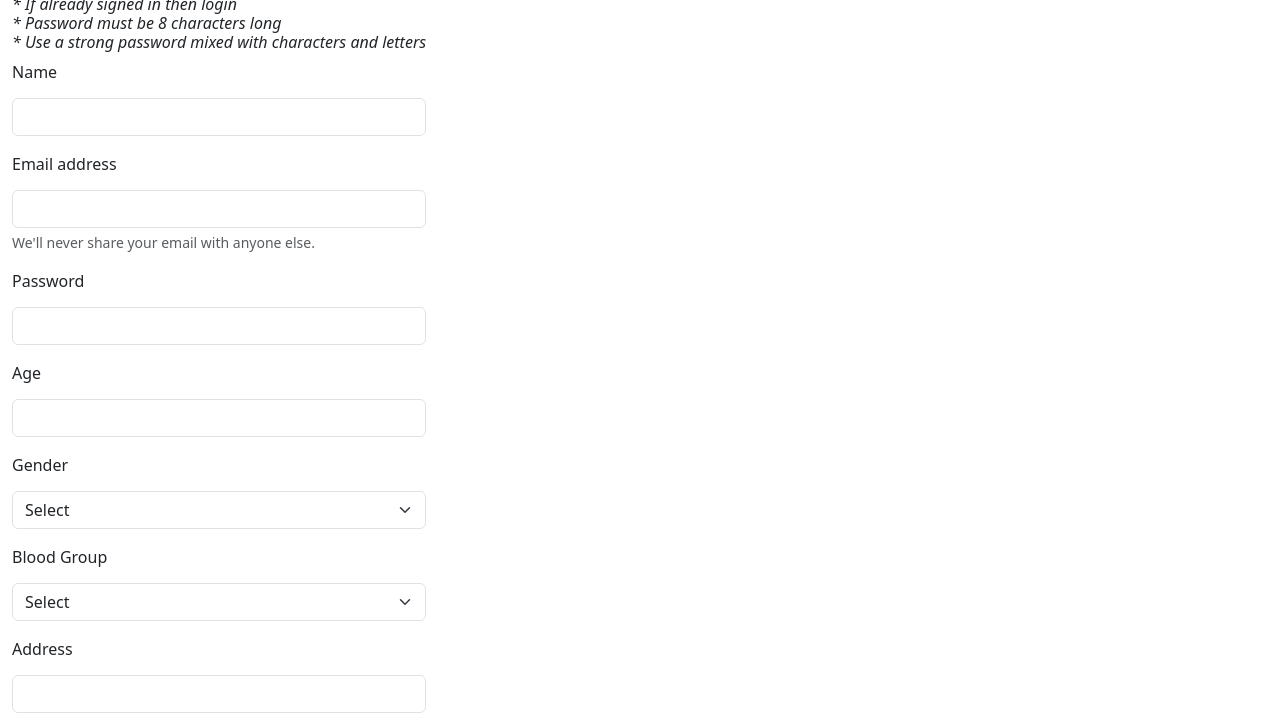
Repository: rahul-chakradhari/PillWise
Page: /signup (app in frontend/)
These files come from the project's save history. The page is drawn as it stood at one moment and after the next save; the edit follows.
The browser window is 1280 px wide. The pictures show the whole page.
An inner scrolling area shows only its first screen. The project was rebuilt for these pictures with package versions that can differ from the ones it lists, and the page was loaded fresh each time. Also part of the build but not shown: frontend/vite.config.js, frontend/src/components/Home.jsx, frontend/src/components/History.jsx, frontend/src/components/Remainder.jsx, frontend/src/components/Doctors.jsx, frontend/src/components/Healthy.jsx, frontend/src/components/Prescription.jsx, frontend/src/components/Login.jsx.

Above is the page before, as saved 2025-03-10 15:28:09.

### frontend/index.html
<!DOCTYPE html>
<html lang="en">
  <head>
    <meta charset="UTF-8" />
    <link rel="icon" type="image/svg+xml" href="/icon.webp" />
    <meta name="viewport" content="width=device-width, initial-scale=1.0" />
    <link
      href="https://cdn.jsdelivr.net/npm/bootstrap@5.3.3/dist/css/bootstrap.min.css"
      rel="stylesheet"
      integrity="sha384-QWTKZyjpPEjISv5WaRU9OFeRpok6YctnYmDr5pNlyT2bRjXh0JMhjY6hW+ALEwIH"
      crossorigin="anonymous"
    />
    <link
      rel="stylesheet"
      href="https://cdnjs.cloudflare.com/ajax/libs/font-awesome/6.5.1/css/all.min.css"
    />

    <title>MediTrack-Smart-Medicine-Reminder-Tracker</title>
  </head>
  <body>
    <div id="root"></div>
    <script type="module" src="/src/main.jsx"></script>
    <script
      src="https://cdn.jsdelivr.net/npm/bootstrap@5.3.3/dist/js/bootstrap.bundle.min.js"
      integrity="sha384-YvpcrYf0tY3lHB60NNkmXc5s9fDVZLESaAA55NDzOxhy9GkcIdslK1eN7N6jIeHz"
      crossorigin="anonymous"
    ></script>
  </body>
</html>

### frontend/src/App.jsx
import React from "react";
import { Routes, Route, Navigate } from "react-router-dom";
import Navbar from "./components/Navbar";
import Home from "./components/Home";
import History from "./components/History";
import Remainder from "./components/Remainder";
import Doctors from "./components/Doctors";
import Healthy from "./components/Healthy";
import Prescription from "./components/Prescription";
import Login from "./components/Login";
import Signup from "./components/Signup";
import { ToastContainer } from "react-toastify";

const PrivateRoute = ({ children }) => {
  return localStorage.getItem("auth-token") ? (
    children
  ) : (
    <Navigate to="/login" />
  );
};

function App() {
  return (
    <div className="app">
      <Navbar />
      <Routes>
        <Route path="/" element={<Home />} />
        <Route path="/login" element={<Login />} />
        <Route path="/signup" element={<Signup />} />

        {/* Protected Routes */}
        <Route
          path="/history"
          element={
            <PrivateRoute>
              <History />
            </PrivateRoute>
          }
        />
        <Route
          path="/remainder"
          element={
            <PrivateRoute>
              <Remainder />
            </PrivateRoute>
          }
        />
        <Route
          path="/doctors"
          element={
            <PrivateRoute>
              <Doctors />
            </PrivateRoute>
          }
        />
        <Route
          path="/healthy"
          element={
            <PrivateRoute>
              <Healthy />
            </PrivateRoute>
          }
        />
        <Route
          path="/prescription"
          element={
            <PrivateRoute>
              <Prescription />
            </PrivateRoute>
          }
        />
      </Routes>
      <ToastContainer />
    </div>
  );
}

export default App;

### frontend/src/components/Navbar.jsx
import React, { useEffect, useState } from "react";
import { Link, useNavigate } from "react-router-dom";

const Navbar = () => {
  const navigate = useNavigate();
  const [isLoggedIn, setIsLoggedIn] = useState(
    !!localStorage.getItem("auth-token")
  );

  // Jab bhi auth-token change ho, UI update ho
  useEffect(() => {
    const handleStorageChange = () => {
      setIsLoggedIn(!!localStorage.getItem("auth-token"));
    };

    window.addEventListener("storage", handleStorageChange);
    return () => window.removeEventListener("storage", handleStorageChange);
  }, []);

  // Logout Function
  const handleLogout = () => {
    localStorage.removeItem("auth-token");
    setIsLoggedIn(false);
    navigate("/login");
  };

  return (
    <nav className="navbar navbar-expand-lg navbar-dark bg-dark">
      <div className="container-fluid">
        <Link className="navbar-brand" to="/">
          MediTrack <i className="fa-solid fa-house-medical"></i>
        </Link>
        <button
          className="navbar-toggler"
          type="button"
          data-bs-toggle="collapse"
          data-bs-target="#navbarSupportedContent"
        >
          <span className="navbar-toggler-icon"></span>
        </button>
        <div className="collapse navbar-collapse" id="navbarSupportedContent">
          <ul className="navbar-nav me-auto mb-2 mb-lg-0">
            <li className="nav-item">
              <Link className="nav-link" to="/">
                Home
              </Link>
            </li>

            {/* Protected Routes */}
            {isLoggedIn && (
              <>
                <li className="nav-item">
                  <Link className="nav-link" to="/doctors">
                    Doctors
                  </Link>
                </li>
                <li className="nav-item">
                  <Link className="nav-link" to="/remainder">
                    Remainder
                  </Link>
                </li>
                <li className="nav-item">
                  <Link className="nav-link" to="/history">
                    History & Analytics
                  </Link>
                </li>
                <li className="nav-item">
                  <Link className="nav-link" to="/healthy">
                    Healthy Lifestyle
                  </Link>
                </li>
                <li className="nav-item">
                  <Link className="nav-link" to="/prescription">
                    Prescription
                  </Link>
                </li>
              </>
            )}
          </ul>

          {/* Login / Logout Buttons */}
          {!isLoggedIn ? (
            <>
              <Link className="btn btn-primary mx-2" to="/login">
                Login
              </Link>
              <Link className="btn btn-primary mx-2" to="/signup">
                Signup
              </Link>
            </>
          ) : (
            <button className="btn btn-danger mx-2" onClick={handleLogout}>
              Logout
            </button>
          )}
        </div>
      </div>
    </nav>
  );
};

export default Navbar;

### frontend/src/components/Signup.jsx
import React, { useState } from "react";
import { useNavigate } from "react-router-dom";
import axiosInstant from "../utils/axiosInstant";
import { toast } from "react-toastify";

const Signup = () => {
  const navigate = useNavigate();
  const [formData, setFormData] = useState({
    name: "",
    email: "",
    password: "",
    age: "",
    gender: "",
    bloodGroup: "",
    address: "",
    phoneNumber: "",
  });

  const [loading, setLoading] = useState(false);

  // Handle input change
  const handleChange = (e) => {
    setFormData({ ...formData, [e.target.name]: e.target.value });
  };

  // Handle form submission
  const handleSubmit = async (e) => {
    e.preventDefault();
    console.log("Submitting form with data:", formData); // Debugging log

    try {
      setLoading(true);
      const res = await axiosInstant.post("/api/user/register", formData);
      console.log("Server Response:", res.data); // Debugging log

      if (res.data.success) {
        toast.success(res.data.message);

        // Reset form fields
        setFormData({
          name: "",
          email: "",
          password: "",
          age: "",
          gender: "",
          bloodGroup: "",
          address: "",
          phoneNumber: "",
        });

        // Navigate to login page after success
        setTimeout(() => {
          console.log("Navigating to login..."); // Debugging log
          navigate("/login");
        }, 2000);
      } else {
        toast.error(res.data.message || "Signup failed!");
      }
    } catch (error) {
      console.error("Signup Error:", error.response?.data || error);
      toast.error(error.response?.data?.message || "Something went wrong!");
    } finally {
      setLoading(false);
    }
  };

  return (
    <div className="signup">
      <form onSubmit={handleSubmit}>
        <h2>Signup</h2>
        <h6>
          <i>* Only for new Users</i> <br />
          <i>* If already signed in then login</i> <br />
          <i>* Password must be 8 characters long</i> <br />
          <i>* Use a strong password mixed with characters and letters</i>
        </h6>

        <div className="mb-3">
          <label className="form-label">Name</label>
          <input
            type="text"
            className="form-control"
            name="name"
            value={formData.name}
            onChange={handleChange}
            required
          />
        </div>

        <div className="mb-3">
          <label className="form-label">Email address</label>
          <input
            type="email"
            className="form-control"
            name="email"
            value={formData.email}
            onChange={handleChange}
            required
          />
          <div className="form-text">
            We'll never share your email with anyone else.
          </div>
        </div>

        <div className="mb-3">
          <label className="form-label">Password</label>
          <input
            type="password"
            className="form-control"
            name="password"
            value={formData.password}
            onChange={handleChange}
            required
            minLength="8"
          />
        </div>

        <div className="mb-3">
          <label className="form-label">Age</label>
          <input
            type="number"
            className="form-control"
            name="age"
            value={formData.age}
            onChange={handleChange}
            required
          />
        </div>

        <div className="mb-3">
          <label className="form-label">Gender</label>
          <select
            className="form-select"
            name="gender"
            value={formData.gender}
            onChange={handleChange}
            required
          >
            <option value="">Select</option>
            <option value="Male">Male</option>
            <option value="Female">Female</option>
            <option value="Transgender">Transgender</option>
          </select>
        </div>

        <div className="mb-3">
          <label className="form-label">Blood Group</label>
          <select
            className="form-select"
            name="bloodGroup"
            value={formData.bloodGroup}
            onChange={handleChange}
            required
          >
            <option value="">Select</option>
            <option value="A+">A+</option>
            <option value="A-">A-</option>
            <option value="B+">B+</option>
            <option value="B-">B-</option>
            <option value="O+">O+</option>
            <option value="O-">O-</option>
            <option value="AB+">AB+</option>
            <option value="AB-">AB-</option>
          </select>
        </div>

        <div className="mb-3">
          <label className="form-label">Address</label>
          <input
            type="text"
            className="form-control"
            name="address"
            value={formData.address}
            onChange={handleChange}
            required
          />
        </div>

        <div className="mb-3">
          <label className="form-label">Phone number</label>
          <input
            type="text"
            className="form-control"
            name="phoneNumber"
            value={formData.phoneNumber}
            onChange={handleChange}
            placeholder="Must be a 10-digit number"
            required
            pattern="\d{10}"
          />
        </div>

        <button type="submit" className="btn btn-primary" disabled={loading}>
          {loading ? "Please wait..." : "Submit"}
        </button>
      </form>
    </div>
  );
};

export default Signup;

### frontend/src/components/styles.css
* {
  margin: 0;
  padding: 0;
  box-sizing: border-box;
  overflow-x: hidden; /* Horizontal scroll remove */
}

/* Jo bhi element overflow karega, uski scrollbar hide ho jayegi */
::-webkit-scrollbar {
  display: none; /* Chrome, Safari */
}
body,
html {
  width: 100%;
  height: 100%;
}
body {
  overflow-y: scroll; /* Scroll allow karega */
  scrollbar-width: none; /* Firefox ke liye */
  -ms-overflow-style: none; /* IE aur Edge ke liye */
}

body::-webkit-scrollbar {
  display: none; /* Chrome, Safari ke liye */
}

.container {
  display: flex;
  align-items: center;
  justify-content: space-between;
  padding: 20px;
  width: 100vw;
  height: 100vh;
  overflow-y: scroll;
  scrollbar-width: none; /* Firefox ke liye */
  -ms-overflow-style: none;
}
.container::-webkit-scrollbar {
  display: none;
}

/* CSS */
.button-64 {
  align-items: center;
  background-image: linear-gradient(144deg, #af40ff, #5b42f3 50%, #00ddeb);
  border: 0;
  border-radius: 8px;
  box-shadow: rgba(151, 65, 252, 0.2) 0 15px 30px -5px;
  box-sizing: border-box;
  color: #ffffff;
  display: flex;
  font-family: Phantomsans, sans-serif;
  font-size: 20px;
  justify-content: center;
  line-height: 1em;
  max-width: 100%;
  min-width: 140px;
  padding: 3px;
  text-decoration: none;
  user-select: none;
  -webkit-user-select: none;
  touch-action: manipulation;
  white-space: nowrap;
  cursor: pointer;
}

.button-64:active,
.button-64:hover {
  outline: 0;
}

.button-64 span {
  background-color: rgb(5, 6, 45);
  padding: 16px 24px;
  border-radius: 6px;
  width: 100%;
  height: 100%;
  transition: 300ms;
}

.button-64:hover span {
  background: none;
}

@media (min-width: 768px) {
  .button-64 {
    font-size: 24px;
    min-width: 196px;
  }
}

.button-92 {
  --c: #fff;

  background: linear-gradient(90deg, #0000 33%, #fff5, #0000 67%)
      var(--_p, 100%) / 300% no-repeat,
    #004dff;

  color: #0000;
  border: none;
  transform: perspective(500px) rotateY(calc(20deg * var(--_i, -1)));
  text-shadow: calc(var(--_i, -1) * 0.08em) -0.01em 0 var(--c),
    calc(var(--_i, -1) * -0.08em) 0.01em 2px #0004;
  outline-offset: 0.1em;
  transition: 0.3s;
}

.button-92:hover,
.button-92:focus-visible {
  --_p: 0%;
  --_i: 1;
}

.button-92:active {
  text-shadow: none;
  color: var(--c);
  box-shadow: inset 0 0 9e9Q #0005;
  transition: 0s;
}

.button-92 {
  max-width: 270px;
  min-width: 160px;
  font-weight: bold;
  font-size: -2rem;
  margin: 0;
  cursor: pointer;
  padding: 0.1em 0.3em;
}
.title {
  margin-left: 182px;
  font-family: "Poppins", sans-serif;
  font-weight: bold;
  margin-bottom: 75px;
}
.subtexts {
  font-family: Cambria, Cochin, Georgia, Times, "Times New Roman", serif;
}
.texts {
  font-size: 18px;
  gap: 12px;
  margin-top: 19px;
}
.image {
  flex: 1;
  display: flex;
  width: 399.99px;
  height: 640.01px;
  justify-content: flex-end;
  max-width: 50%;
  overflow: hidden;
  max-width: 100%; /* Image container ko responsive banane ke liye */
  max-height: 100vh;
}

.text {
  flex: 1; /* Text ka section */
  text-align: left; /* Ensure left alignment */
  font-size: 24px;
  font-weight: bold;
}

.animation-style {
  width: 700px; /* Adjust as needed */
  height: 700px; /* Maximum width of animation */
  flex: 1;
  margin-bottom: 122px;
}
/* Doctors Section */
.doctors-container {
  background-color: rgb(59 130 246);
  display: flex;
  justify-content: center;
  align-items: center;
  height: 100vh;
  padding: 20px;
}

.doctors-content {
  display: flex;
  flex-direction: row; /* Left-Right Layout */
  max-width: 1200px;
  width: 100%;
  background: white;
  border-radius: 20px;
  overflow: hidden;
  box-shadow: 0px 4px 10px rgba(0, 0, 0, 0.2);
}

.doctors-image {
  flex: 1;
  display: flex;
  justify-content: center;
  align-items: center;
  padding: 20px;
}

.doctors-text {
  display: flex;
  flex-direction: column;
  flex: 1;
  padding: 40px;
  text-align: left;
  margin-top: 190px;
  margin-left: 54px;
}

.doctors-text .title {
  font-size: 32px;
  font-weight: bold;
  color: #333;
  margin-bottom: 20px;
}

.doctors-text .texts {
  font-size: 18px;
  color: #555;
}

.doctors-text .subtexts {
  font-size: 16px;
  color: #666;
  margin-left: 10px;
}

/* Rewards Section - 3 Cards in 1 Row */
.rewards-container {
  text-align: center;
  padding: 40px;
}

.rewards-grid {
  display: grid;
  grid-template-columns: repeat(3, 1fr); /* 3 cards per row */
  gap: 20px;
  justify-content: center;
  padding: 20px;
}

.card {
  margin-top: 12px !important;
  width: 100%;
  max-width: 300px;
  background: white;
  border-radius: 10px;
  box-shadow: 0px 4px 10px rgba(0, 0, 0, 0.1);
  padding: 15px;
  text-align: center;
}

.card img {
  width: 100%;
  height: auto;
  border-radius: 10px;
}

.title {
  font-size: 32px;
  font-weight: bold;
  color: #333;
  margin-bottom: 20px;
  margin-left: 12px;
}

.texts {
  font-size: 18px;
  color: #555;
}

.subtexts {
  font-size: 16px;
  color: #666;
  margin-left: 10px;
}
.doctors-text .texts {
  font-size: 18px;
  color: #555; /* Text ka color */
}

.doctors-text .subtexts {
  font-size: 16px;
  color: #666; /* Subtext ka color */
  margin-left: 10px;
}
.speci {
  margin-top: 12px;
  margin-left: 582px;
}
.stylish {
  display: flex;
  margin-left: 112px;
  gap: 92px;
  margin-top: 12px;
}
.login,
.signup {
  margin-left: 12px;
  margin-top: 12px;
}

### frontend/src/utils/axiosInstant.js
import axios from "axios";

const axiosInstance = axios.create({
  baseURL: "http://localhost:8080",
  headers: {
    "Content-Type": "application/json",
  },
  credentials: "include",
  withCredentials: true,
});

export default axiosInstance;

Loaded but not shown: frontend/src/main.jsx (common file); frontend/src/index.css (common file)

After the next save:
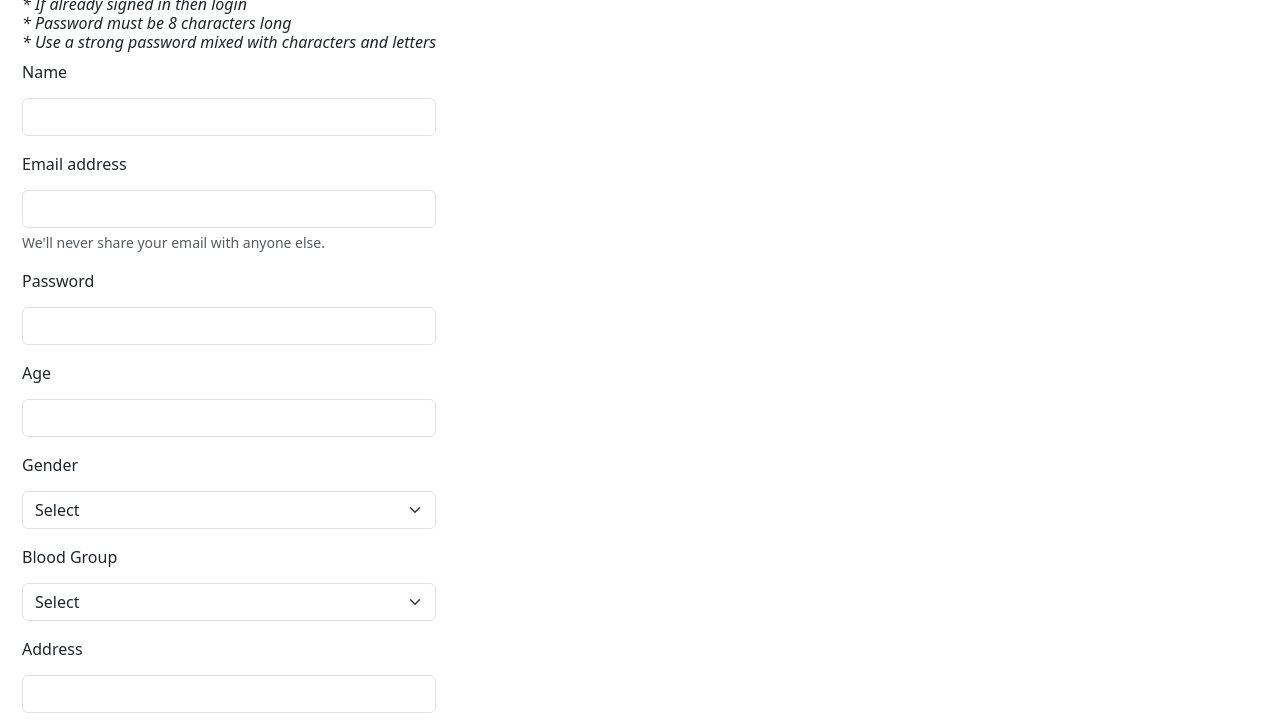
Saved 12 min 33 s later.
--- a/frontend/src/components/styles.css
+++ b/frontend/src/components/styles.css
@@ -294,6 +294,6 @@ body::-webkit-scrollbar {
 }
 .login,
 .signup {
-  margin-left: 12px;
+  margin-left: 22px;
   margin-top: 12px;
 }
